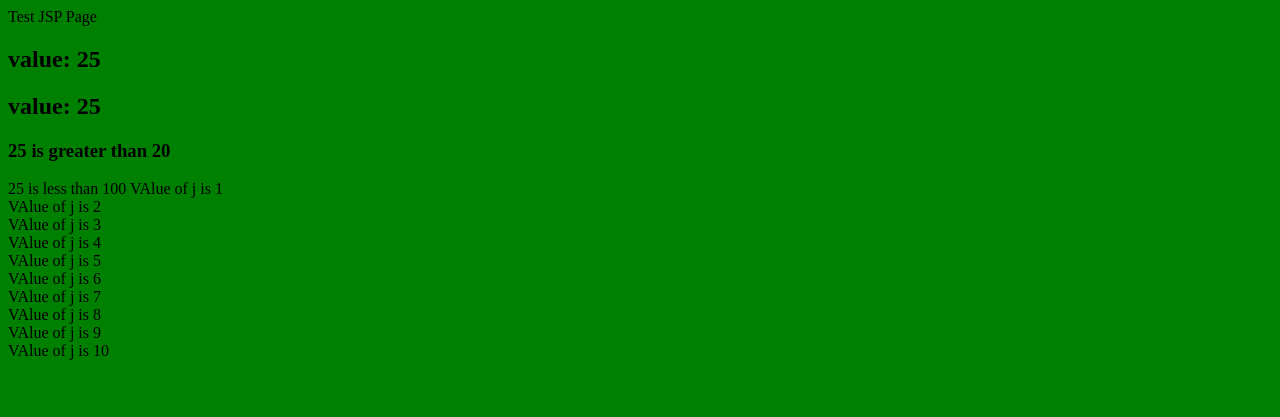
Repository: MayukhBR13/antwalk_classes
Page: http://localhost/DemoDynamic2Project/first.jsp
An editor plug-in stored every save of this project. The page is shown before and after the next save, followed by the edit.
The browser window is 1280 px wide. The pictures show the whole page.
The page is served by Tomcat 9. Other server files are loaded and not shown.

Above is the page before, as saved 2023-02-08 10:35:44.

### DemoDynamic2Project/src/main/webapp/first.jsp
<%@ page language="java" contentType="text/html; charset=UTF-8"
    pageEncoding="UTF-8"  errorPage="error.jsp"%>

<!--  %@ include file="index.html" %-->
<%@taglib uri="http://java.sun.com/jsp/jstl/core" prefix="c"%>
<!--%@ taglib uri="loc of lib,out,h" prefix="p" %>
<p.out><p.h>-->
<!DOCTYPE html>
<html>
<head>
<meta charset="UTF-8">
<title>Insert title here</title>
</head>
<body bgcolor="green">
<!-- set out remove if :test condition:true
	switch-> choose when otherwise
-->
Test JSP Page
<c:set var="i" value="25"></c:set>
<h2>value: <c:out value="${i}"></c:out></h2>




<h2>value: <c:out value="${i}"></c:out></h2>

<c:if test="${i>20}">
<h3><c:out value="${i}"></c:out> is greater than 20</h3>
</c:if>

<c:choose>
<c:when test="${i<100}">
	<c:out value="${i}"></c:out> is less than 100
</c:when>
<c:when test="${i>100}">
	<c:out value="${i}"></c:out> is greater than 100
</c:when>
<c:otherwise>
	Default case
</c:otherwise>
</c:choose>

<c:forEach var="j" begin="1" end="10">
	VAlue of j is <c:out value="${j}"></c:out><br>
</c:forEach>












<c:remove var="i"></c:remove>
</body>
</html>

After the next save:
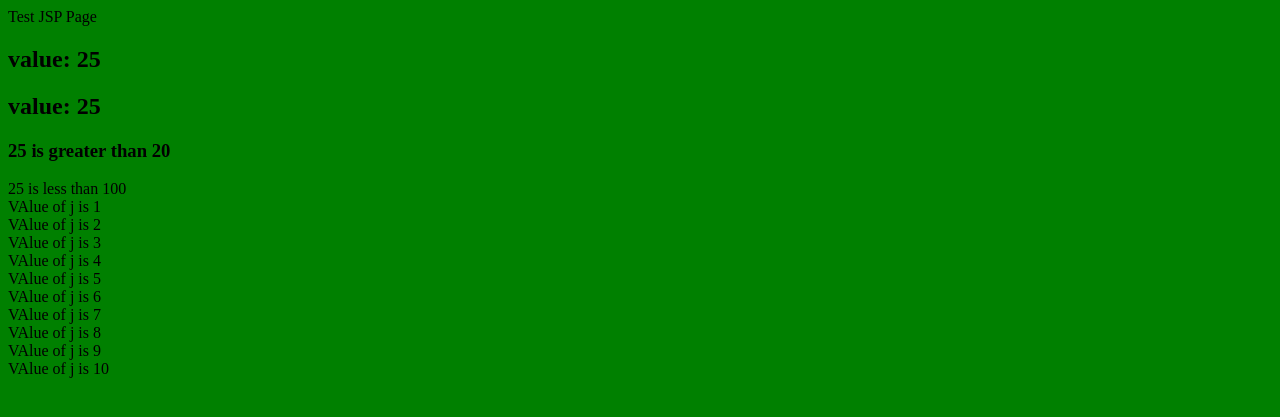
Saved 35 s later.
--- a/DemoDynamic2Project/src/main/webapp/first.jsp
+++ b/DemoDynamic2Project/src/main/webapp/first.jsp
@@ -38,7 +38,7 @@ Test JSP Page
 <c:otherwise>
 	Default case
 </c:otherwise>
-</c:choose>
+</c:choose><br>
 
 <c:forEach var="j" begin="1" end="10">
 	VAlue of j is <c:out value="${j}"></c:out><br>
